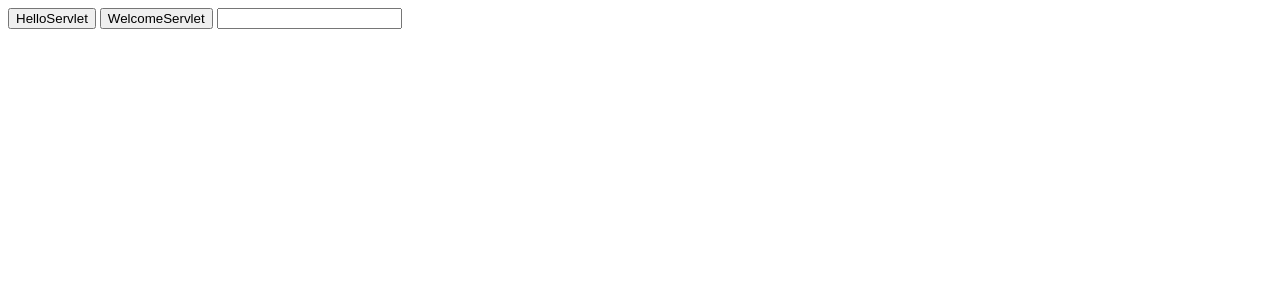
Repository: Rush-light/backup
Page: http://localhost/Helloservlet/
An editor plug-in stored every save of this project. The page is shown before and after the next save, followed by the edit.
The browser window is 1280 px wide. The pictures show the whole page.
The page is served by Tomcat 9. Other server files are loaded and not shown.

Above is the page before, as saved 2018-02-05 12:10:07.

### Helloservlet/WebContent/index.jsp
<%@ page language="java" contentType="text/html; charset=UTF-8"
    pageEncoding="UTF-8"%>
<!DOCTYPE html PUBLIC "-//W3C//DTD HTML 4.01 Transitional//EN" "http://www.w3.org/TR/html4/loose.dtd">
<html>
<head>
<meta http-equiv="Content-Type" content="text/html; charset=UTF-8">
<title>HelloServlet</title>
</head>
<body>

<input type="button" value="HelloServlet" onClick="location.href='HelloServlet'">

<input type="button" value="WelcomeServlet" onClick="location.href='HelloServlet'">

<input type="java" contentType="text/html; charaset=UTF-8" pageEncoding="UTF-8">

</body>
</html>

After the next save:
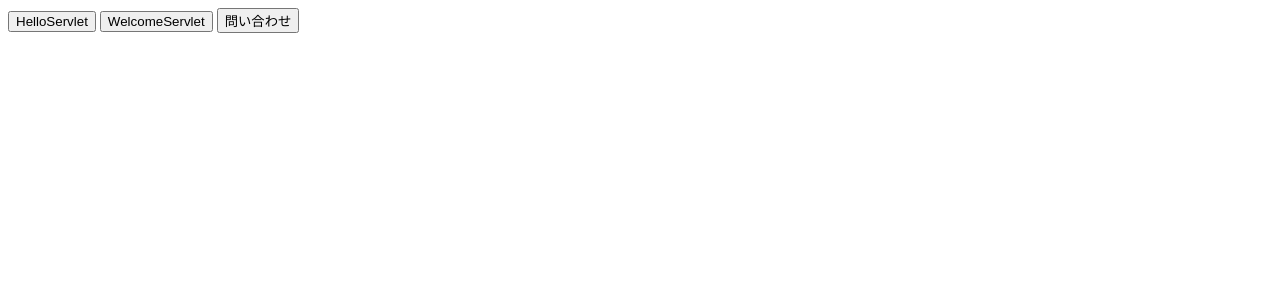
Saved 4 min 27 s later.
--- a/Helloservlet/WebContent/index.jsp
+++ b/Helloservlet/WebContent/index.jsp
@@ -12,7 +12,6 @@
 
 <input type="button" value="WelcomeServlet" onClick="location.href='HelloServlet'">
 
-<input type="java" contentType="text/html; charaset=UTF-8" pageEncoding="UTF-8">
-
+<input type="button" value="問い合わせ" onClick="location.href='inquiry.jsp'">
 </body>
 </html>
